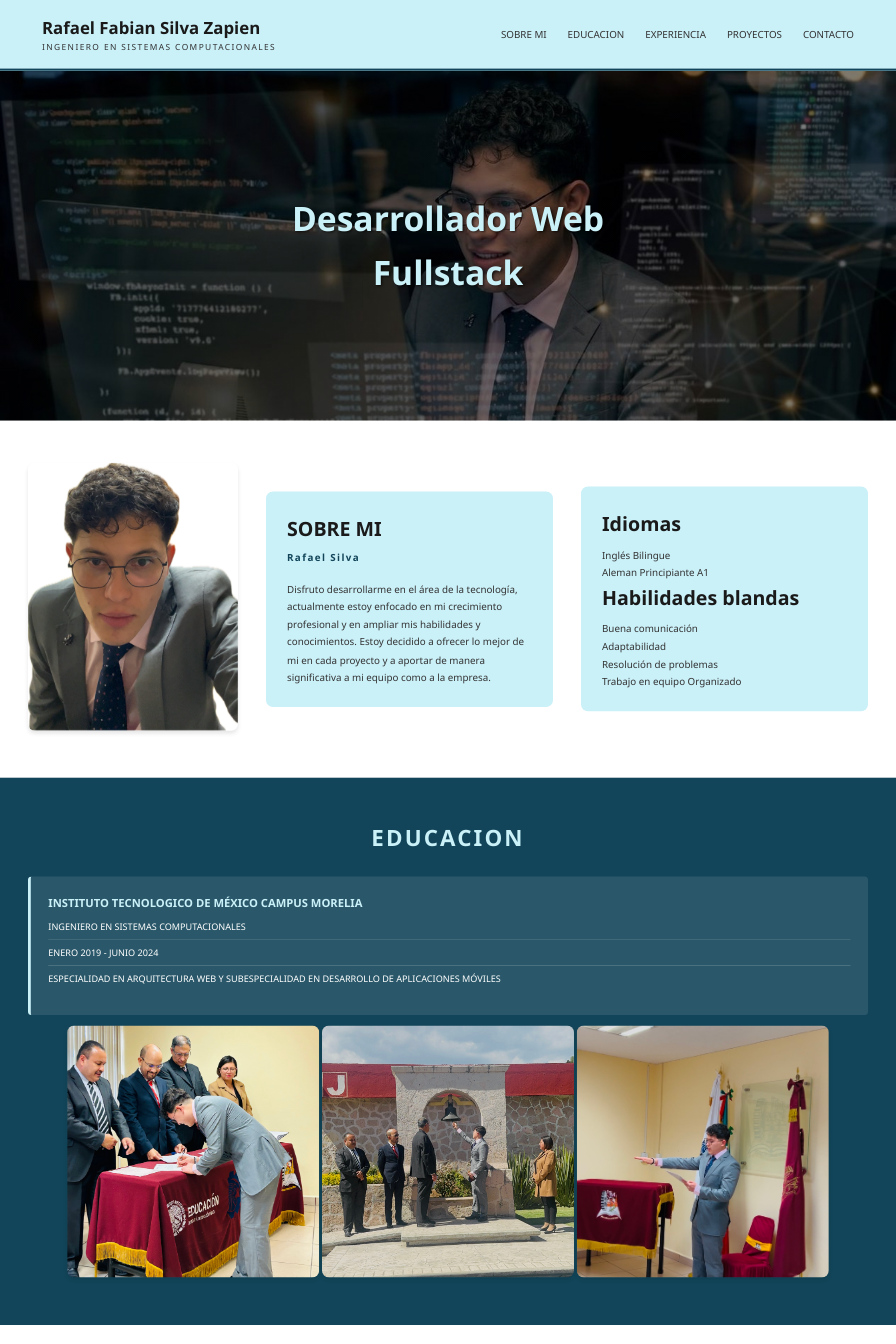
Repository: rafaelsilva2k/mi-portafolio
Page: index.html
These files come from the project's save history. The page is drawn as it stood at one moment and after a run of saves; the edit follows.
The browser window is 1280 px wide. The pictures show the part of the page from y = 0 to 1920 px (the page is 3313 px tall), at 70% of full size.

Above is the page before, as saved 2026-04-17 12:53:31.

After the next 2 saves:
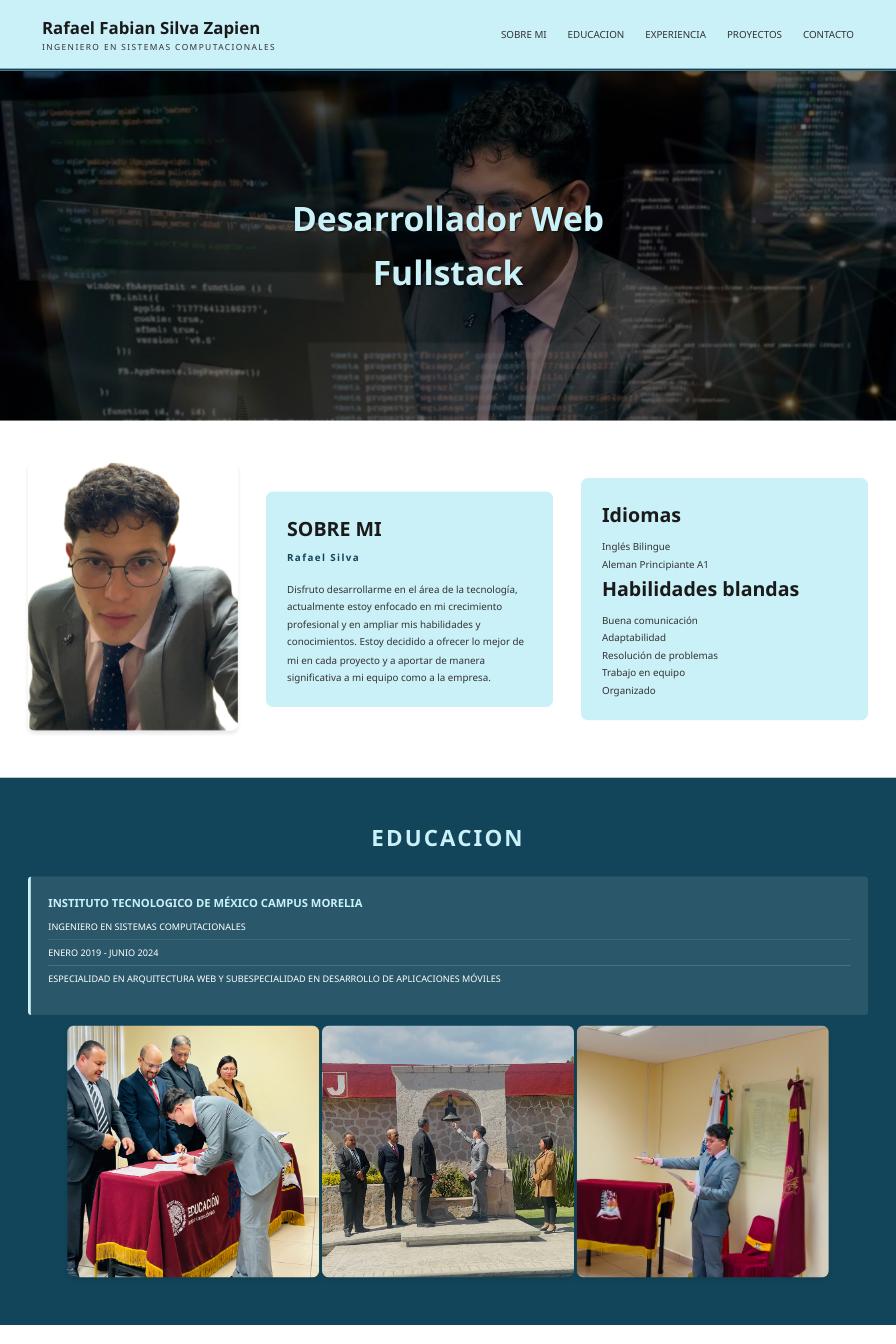
The 2 saves are shown as one change because they came seconds apart.
The last was saved 7 s later.
--- a/index.html
+++ b/index.html
@@ -49,8 +49,7 @@
                 <h2>Idiomas</h2>
                 <p>Inglés Bilingue <br> Aleman Principiante A1</p>
                 <h2>Habilidades blandas</h2>
-                <p>Buena comunicación <br> Adaptabilidad <br> Resolución de problemas <br> Trabajo en equipo
-Organizado</p>
+                <p>Buena comunicación <br> Adaptabilidad <br> Resolución de problemas <br> Trabajo en equipo <br> Organizado</p>
             </div>
         </div>
       </section>

After the save that followed:
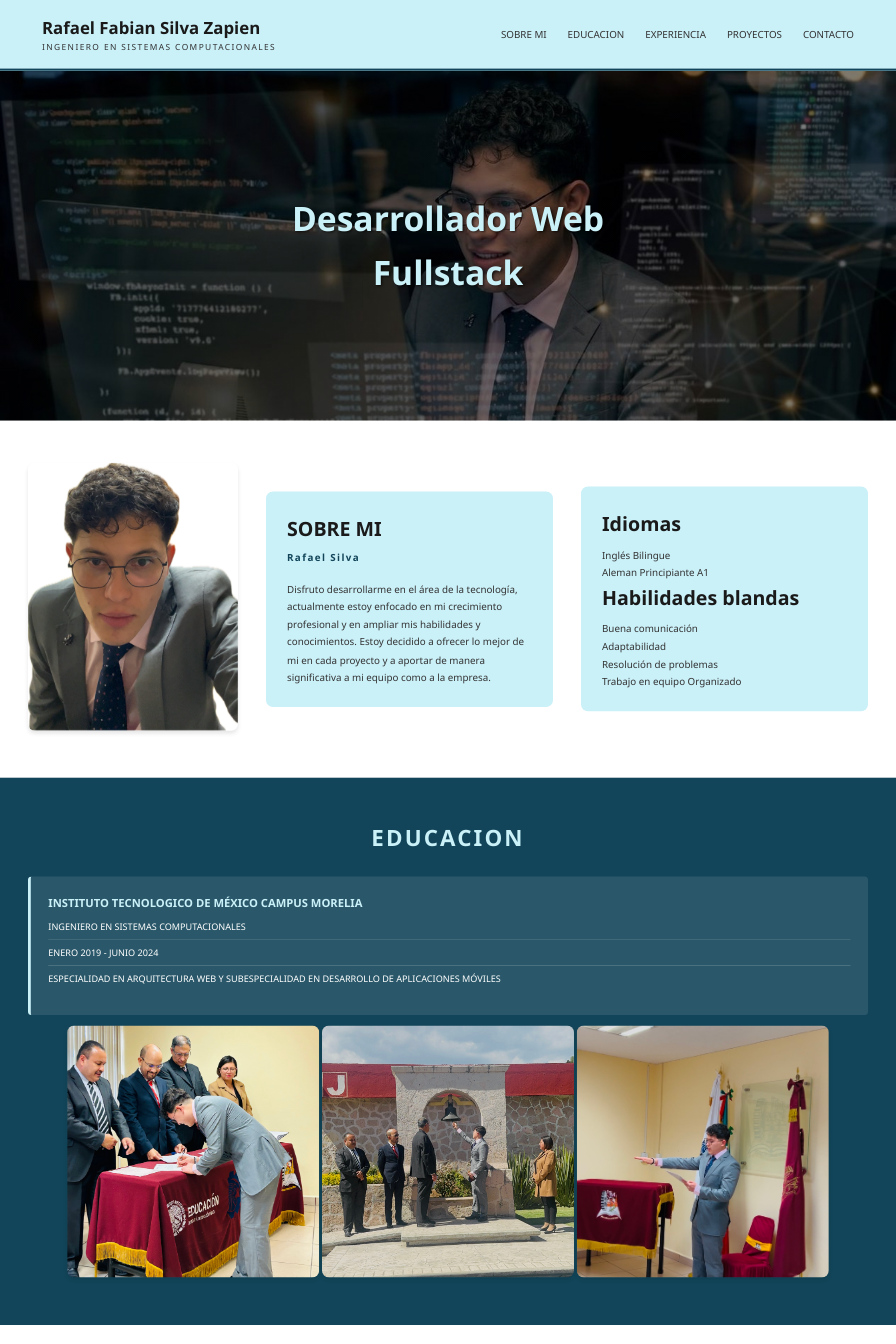
Saved 29 s later.
--- a/index.html
+++ b/index.html
@@ -49,7 +49,7 @@
                 <h2>Idiomas</h2>
                 <p>Inglés Bilingue <br> Aleman Principiante A1</p>
                 <h2>Habilidades blandas</h2>
-                <p>Buena comunicación <br> Adaptabilidad <br> Resolución de problemas <br> Trabajo en equipo <br> Organizado</p>
+                <p>Buena comunicación <br> Adaptabilidad <br> Resolución de problemas <br> Trabajo en equipo  Organizado</p>
             </div>
         </div>
       </section>
